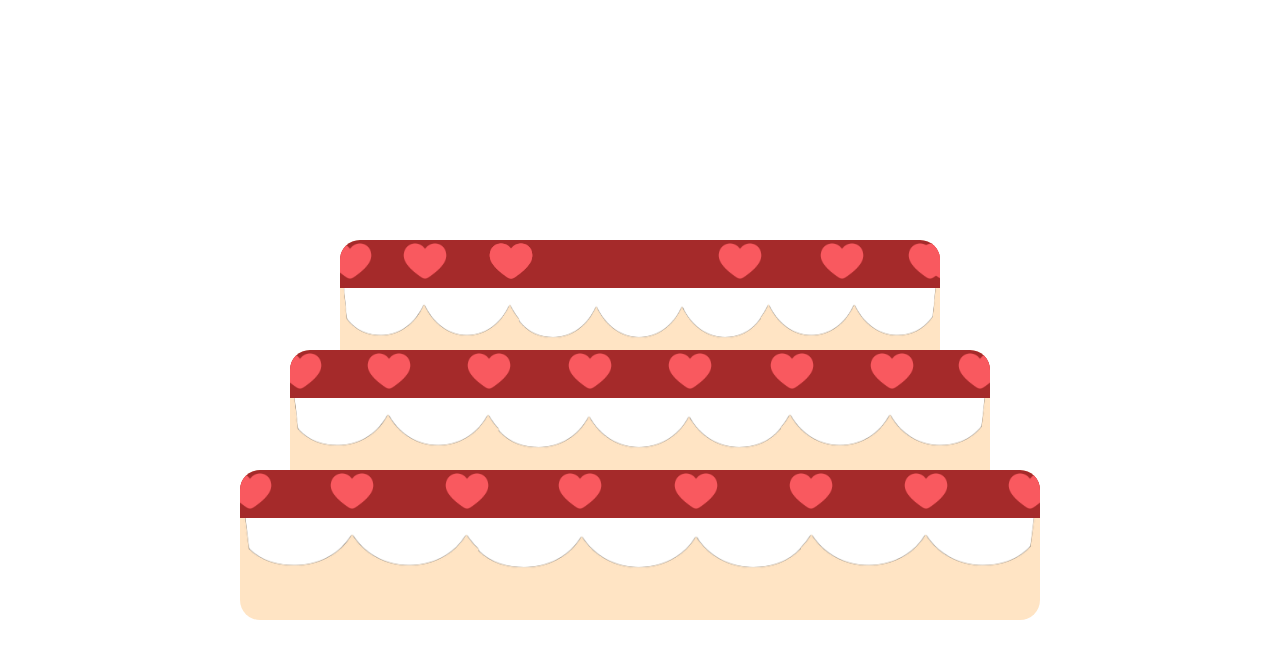
Repository: iphoneboy46/happybirthday
Page: index.html
These files come from the project's save history. The page is drawn as it stood at one moment and after the next save; the edit follows.
The browser window is 1280 px wide. The pictures show the whole page.

Above is the page before, as saved 2022-11-28 14:58:47.

After the next save:
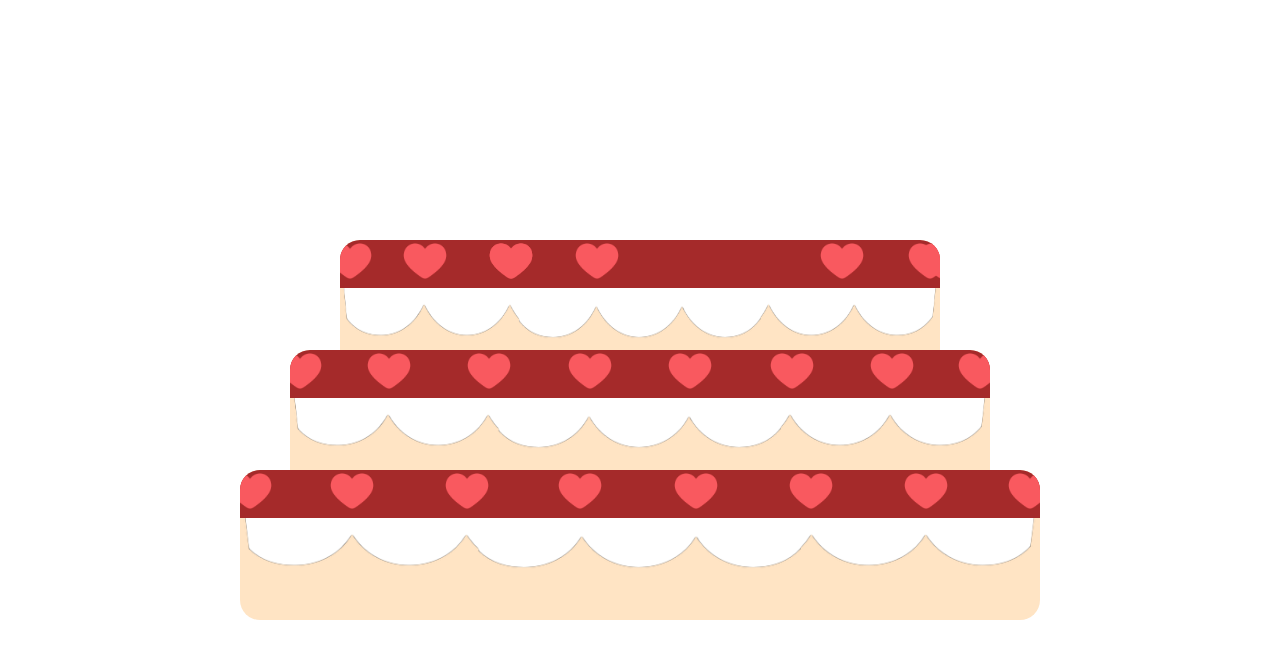
Saved 21 s later.
--- a/style.css
+++ b/style.css
@@ -386,7 +386,7 @@
     z-index: 3;
     position: absolute;
     top: -4px;
-    left: 375px;
+    left: 232px;
     width:50px;
     height:50px;
 }
